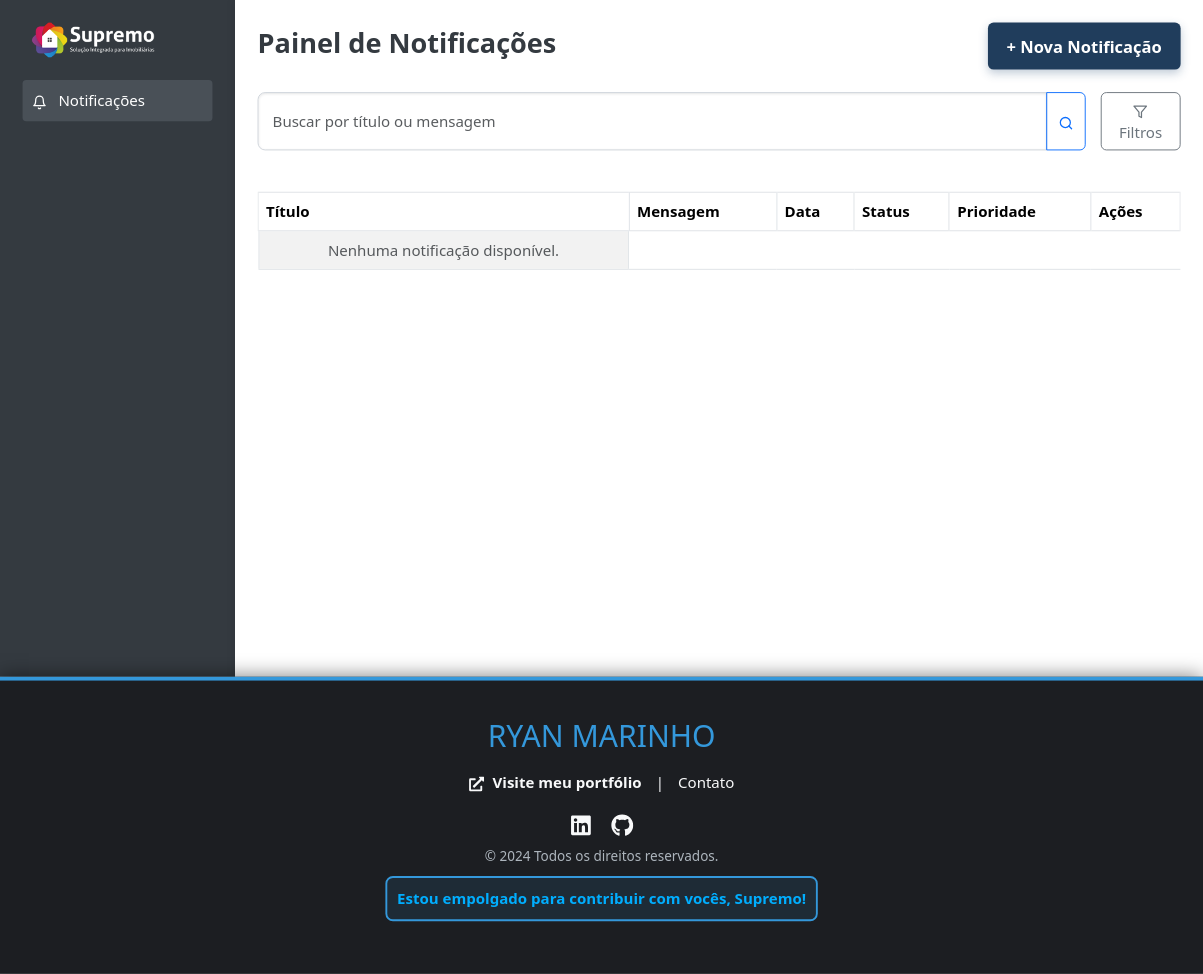
Repository: ryanmarinhodev/Supremo-teste-tecnico
Page: /notifications
These files come from the project's save history. The page is drawn as it stood at one moment and after the next save; the edit follows.
The browser window is 1280 px wide. The pictures show the whole page, at 94% of full size.
The project was rebuilt for these pictures with package versions that can differ from the ones it lists, and the page was loaded fresh each time. Also part of the build but not shown: src/App.css, src/Components/Login/index.jsx.

Above is the page before, as saved 2024-11-07 20:13:00.

After the next save:
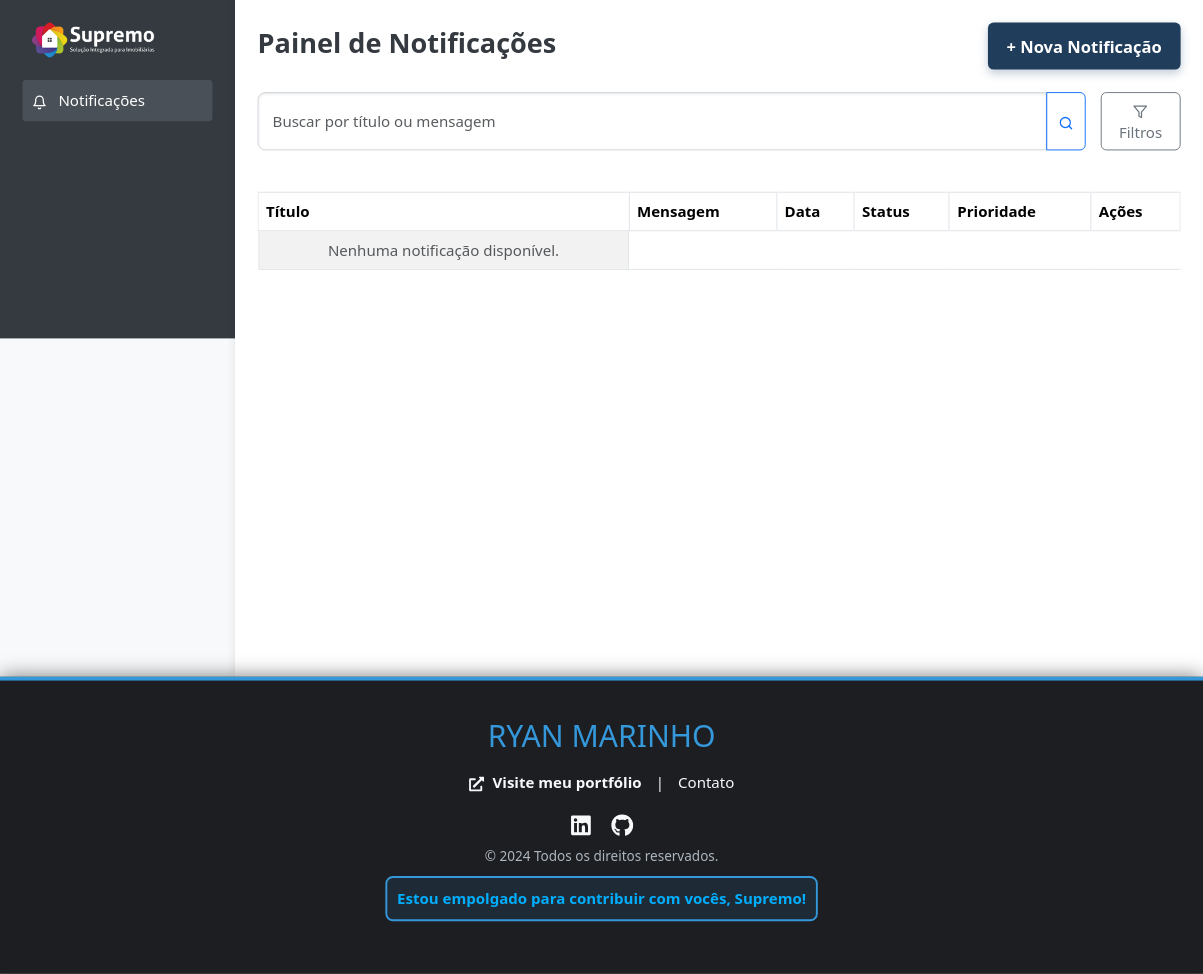
Saved 84 s later.
--- a/src/Components/Notifications/notification.css
+++ b/src/Components/Notifications/notification.css
@@ -8,7 +8,7 @@
   width: 250px;
   background-color: #343a40;
   color: #fff;
-  height: 100vh;
+  height: 50vh;
 }
 
 .logo {
